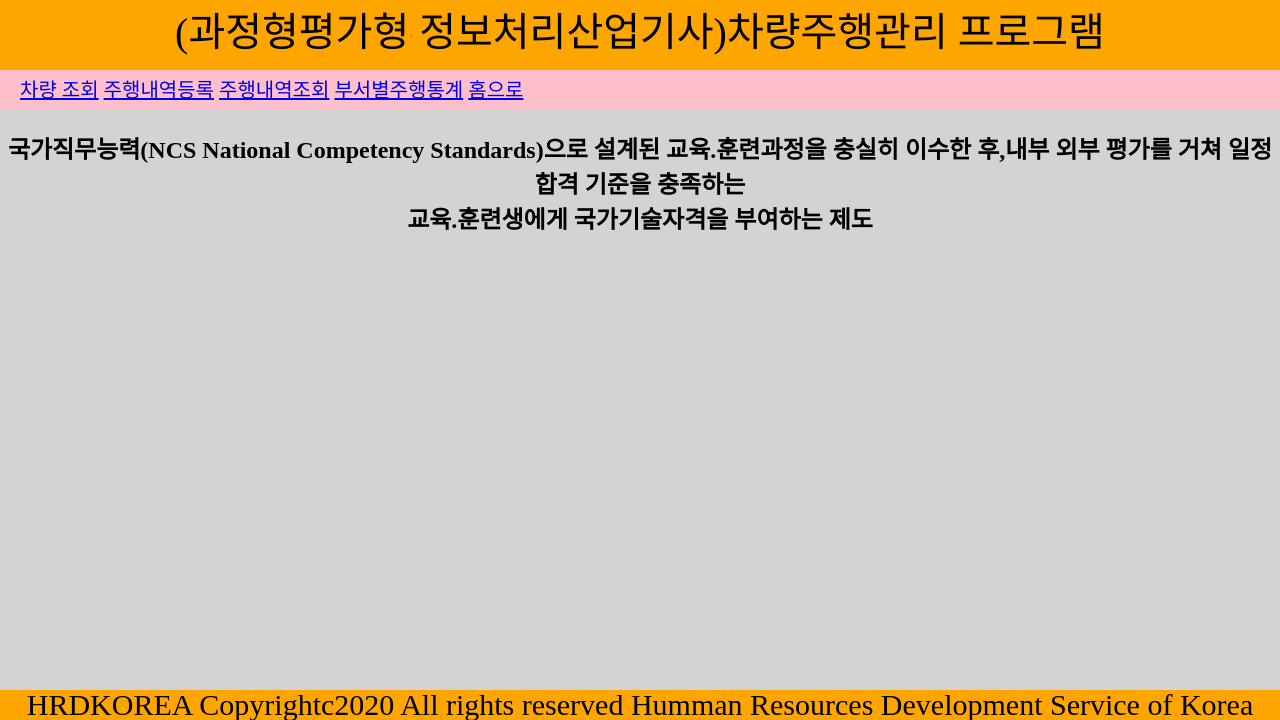
Repository: jeajune0221/information
Page: http://localhost/HRD_2411/
An editor plug-in stored every save of this project. The page is shown before and after the next save, followed by the edit.
The browser window is 1280 px wide. The pictures show the whole page.
The page is served by Tomcat 9.

Above is the page before, as saved 2026-04-12 15:43:57.

### HRD_2411/src/main/webapp/index.jsp
<%@ page language="java" contentType="text/html; charset=UTF-8"
    pageEncoding="UTF-8"%>
<!DOCTYPE html>
<html>
<head>
<meta charset="UTF-8">
<title>Insert title here</title>
<link href = "style.css" rel = "stylesheet">
</head>
<body>
<jsp:include page = "header.jsp"/>
<section>
<h2>국가직무능력(NCS National Competency Standards)으로 설계된 교육.훈련과정을 충실히 이수한 후,내부 외부 평가를 거쳐 일정 합격 기준을 충족하는 <br>교육.훈련생에게 국가기술자격을 부여하는 제도
</h2>
</section>
<jsp:include page = "footer.jsp"/>
</body>
</html>

### HRD_2411/src/main/webapp/header.jsp
<%@ page language="java" contentType="text/html; charset=UTF-8"
    pageEncoding="UTF-8"%>
<!DOCTYPE html>
<html>
<head>
<meta charset="UTF-8">
<title>Insert title here</title>
<link href = "style.css" rel = "stylesheet">

</head>
<body>
<header>(과정형평가형 정보처리산업기사)차량주행관리 프로그램</header>
<nav>
<a href="#">차량 조회</a>
<a href="#">주행내역등록</a>
<a href="#">주행내역조회</a>
<a href="#">부서별주행통계</a>
<a href="#">홈으로</a>



</nav>
</body>
</html>

### HRD_2411/src/main/webapp/footer.jsp
<%@ page language="java" contentType="text/html; charset=UTF-8"
    pageEncoding="UTF-8"%>
<!DOCTYPE html>
<html>
<head>
<meta charset="UTF-8">
<title>Insert title here</title>
<link href = "style.css" rel = "stylesheet">

</head>
<body>
<footer>HRDKOREA Copyrightc2020 All rights reserved Humman Resources Development Service of Korea</footer>
</body>
</html>

### HRD_2411/src/main/webapp/style.css
@charset "UTF-8";

header{
	position :fixed;
	top:0px;
	left : 0px;
	width : 100%;
	height : 70px;
	background : orange;
	text-align:center;
	font-size : 40px;
}
nav{
	position : fixed;
	top : 70px;
	left : 0px;
	width : 100%;
	height : 40px;
	background : pink;
	line-height : 40px;
	padding-left : 20px;
	font-size : 20px;
}
section{
	position : fixed;
	top : 110px;
	left : 0px;
	width : 100%;
	height : 100%;
	background : lightgray;
	text-align : center;
}

footer{
	position : fixed;
	bottom : 0px;
	left : 0px;
	width : 100%;
	height : 30px;
	background : orange;
	line-height : 30px;
	text-align : center;
	font-size : 30px;

}

After the next save:
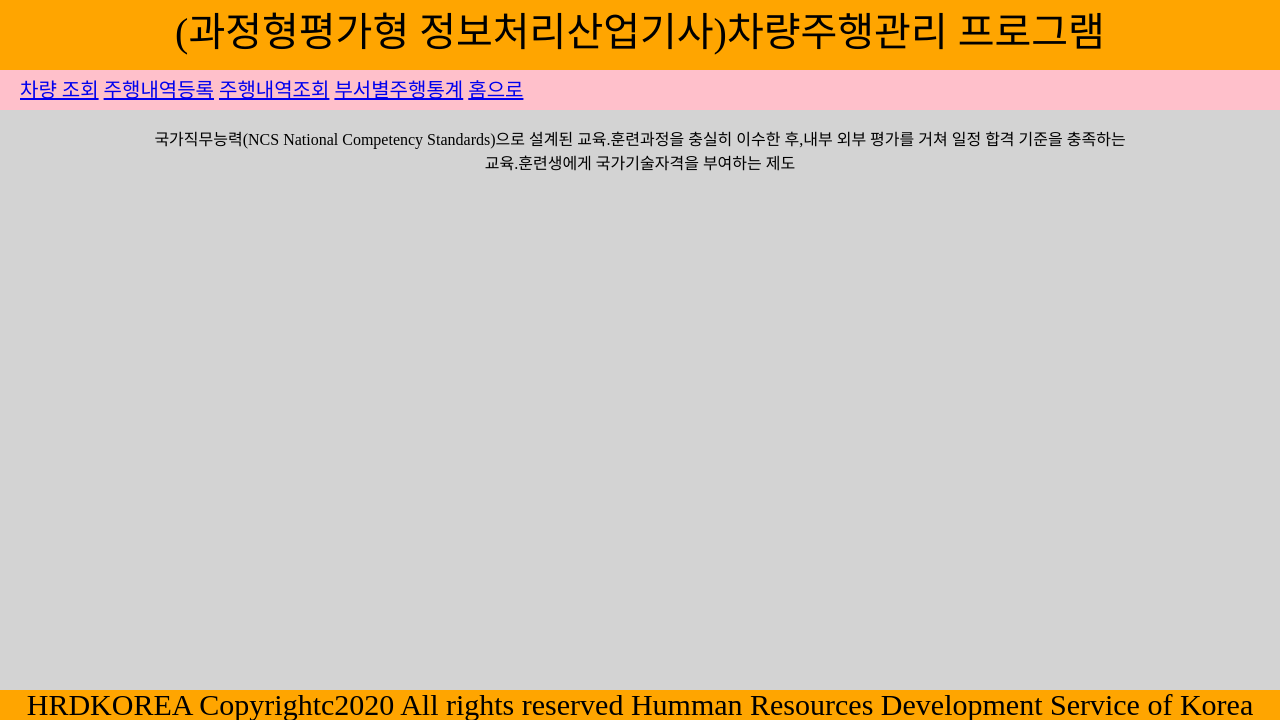
Saved 27 s later.
--- a/HRD_2411/src/main/webapp/index.jsp
+++ b/HRD_2411/src/main/webapp/index.jsp
@@ -10,8 +10,8 @@
 <body>
 <jsp:include page = "header.jsp"/>
 <section>
-<h2>국가직무능력(NCS National Competency Standards)으로 설계된 교육.훈련과정을 충실히 이수한 후,내부 외부 평가를 거쳐 일정 합격 기준을 충족하는 <br>교육.훈련생에게 국가기술자격을 부여하는 제도
-</h2>
+<P>국가직무능력(NCS National Competency Standards)으로 설계된 교육.훈련과정을 충실히 이수한 후,내부 외부 평가를 거쳐 일정 합격 기준을 충족하는 <br>교육.훈련생에게 국가기술자격을 부여하는 제도
+</P>
 </section>
 <jsp:include page = "footer.jsp"/>
 </body>
